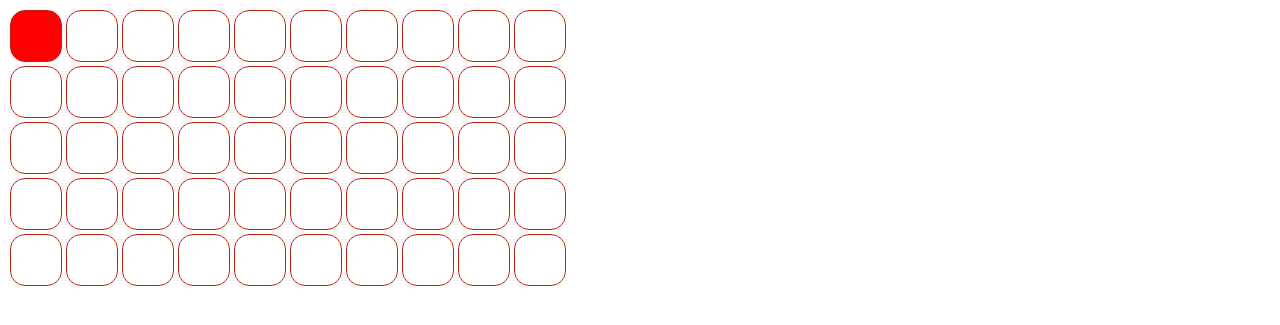
Repository: LechCieslak/anchor_and_anchois
Page: index.html
The author's editor kept a copy of each file at every save. The page is drawn from the files as they stood at one save, then again after a run of saves.
The browser window is 1280 px wide. The pictures show the whole page.
After loading, the first visible `div[onclick="colChange()"]` was clicked once.

Above is the page before, as saved 2020-04-22 01:07:32.

After the next 2 saves:
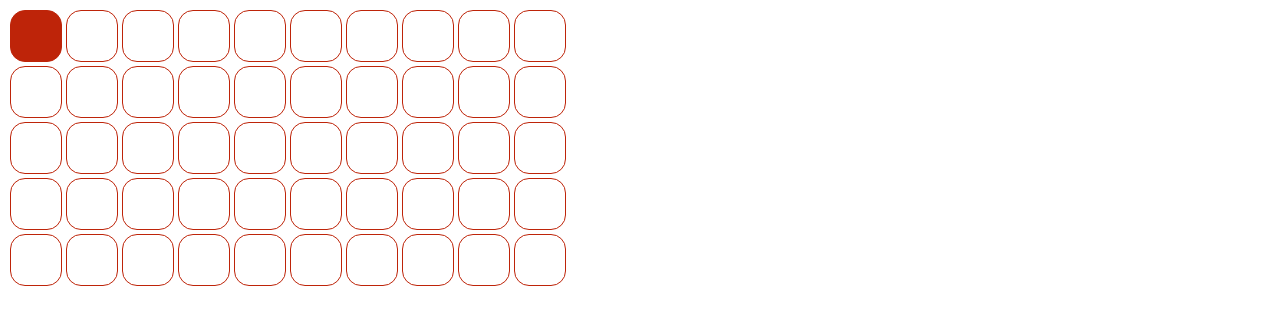
The 2 saves are shown as one change because they came seconds apart.
The last was saved 22 s later.
--- a/app.js
+++ b/app.js
@@ -13,6 +13,6 @@ colChange = () => {
     var elem = document.querySelector(".field");
     console.log("uuuutttt")
 
-    elem.style.backgroundColor = "red";
+    elem.style.backgroundColor = "#be2409";
     console.log("koniec");
 }
